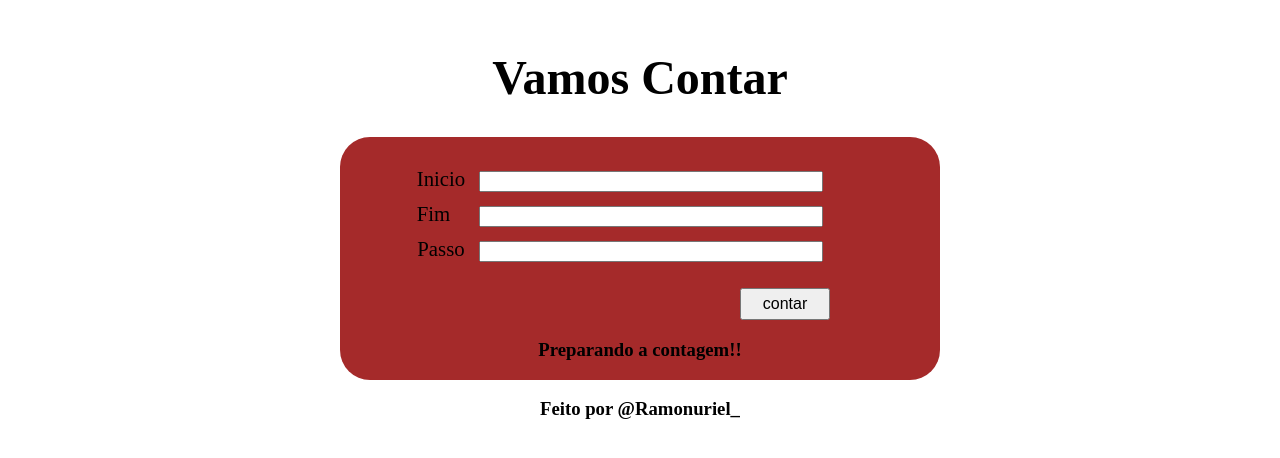
Repository: Ramonuriel/JS-Projetos
Page: Contador automatico/exercicio.html
The author's editor kept a copy of each file at every save. The page is drawn from the files as they stood at one save, then again after the next save.
The browser window is 1280 px wide. The pictures show the whole page.

Above is the page before, as saved 2022-12-27 21:17:22.

### Contador automatico/exercicio.html
<!DOCTYPE html>
<html lang="en">

<head>
  <meta charset="UTF-8">
  <meta http-equiv="X-UA-Compatible" content="IE=edge">
  <meta name="viewport" content="width=device-width, initial-scale=1.0">
  <link rel="stylesheet" href="style.css">
  <title>Exercicio</title>
</head>

<body>
  <h1 class="title">Vamos Contar</h1>
  <section class="projeto">
    <ul>
      <li>
        <label for="number">Inicio</label>
        <input type="number" name="" id="inicio">
      </li>
      <li>
        <label for="number">Fim</label>
        <input type="number" name="" id="Fim">
      </li>
      <li> <label for="number">Passo</label>
        <input type="number" name="" id="Passo">
      </li>
    </ul>
    <input class="btn" type="button" value="contar" onclick="contar()">

    <div>
      <h3 class="resultado">Preparando a contagem!!</h3>
    </div>
  </section>

  <footer>
    <h3>Feito por @Ramonuriel_</h3>
  </footer>



  <script src="exercicio.js"></script>
</body>

</html>

### Contador automatico/style.css
body {
  margin: 0;
  padding: 0;
  width: 100%;
  align-items: center;
  text-align: center;
}
.title {
  font-size: 3rem;
  margin-top: 50px;
}

.projeto {
  display: inline-flex;
  flex-direction: column;
  width: 600px;
  max-height: 100%;

  background-color: brown;
  align-items: left;
  justify-content: start;
  border-radius: 30px;
}

h2 {
  font-size: 2rem;
}

ul {
  margin-right: 80px;
  margin-top: 30px;
}
li {
  list-style-type: none;
  margin-bottom: 10px;
}

label {
  font-size: 1.3rem;
  margin-right: 10px;
}

input {
  width: 70%;
}
#Fim {
  margin-left: 15px;
}

.btn {
  font-size: 1rem;
  margin-left: 400px;
  width: 15%;
  height: 2rem;
  cursor: pointer;
}

### Contador automatico/exercicio.js
function contar() {
  let inicio = document.querySelector('#inicio')
  let fim = document.querySelector('#Fim')
  let passo = document.querySelector('#Passo')
  let res = document.querySelector('.resultado')

  if (
    inicio.value.length == 0 ||
    fim.value.length == 0 ||
    passo.value.length == 0
  ) {
    window.alert('[ERRO] Preencha todos os campos.')
  } else {
    res.innerHTML = 'Contando: '
    let i = Number(inicio.value)
    let f = Number(fim.value)
    let p = Number(passo.value)
    if (i < f)
      for (let c = i; c <= f; c += p) {
        res.innerHTML += ` ${c} \u{1f449}, `
      }
    else {
      for (let c = i; c >= f; c -= p) {
        res.innerHTML += ` ${c} \u{1f449}`
      }
    }
  }
}

After the next save:
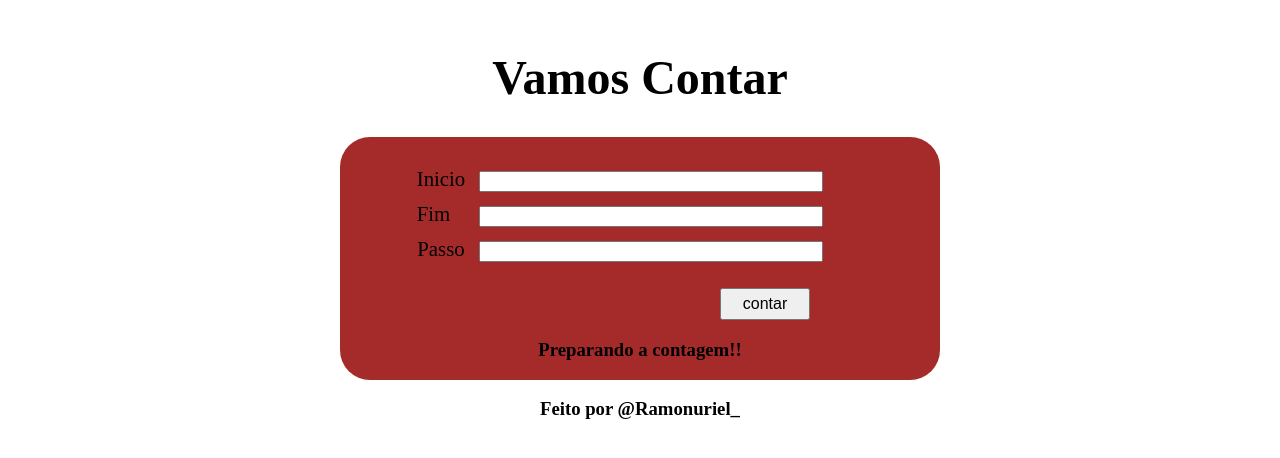
Saved 6 s later.
--- a/Contador automatico/style.css
+++ b/Contador automatico/style.css
@@ -49,7 +49,7 @@ input {
 
 .btn {
   font-size: 1rem;
-  margin-left: 400px;
+  margin-left: 380px;
   width: 15%;
   height: 2rem;
   cursor: pointer;
